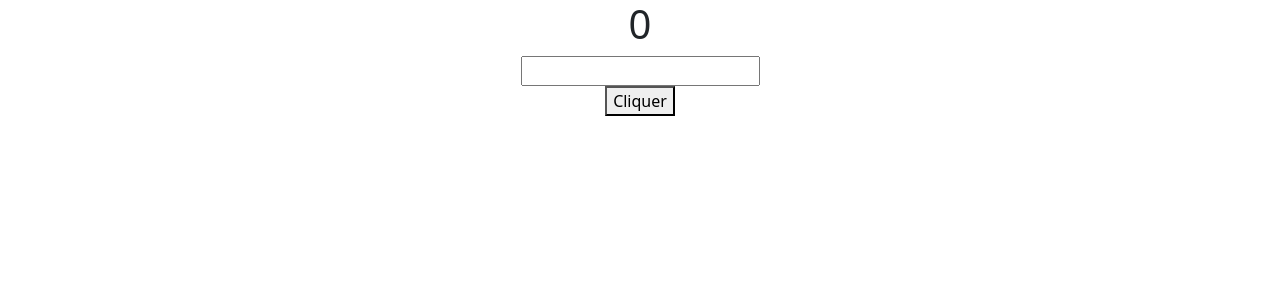
Repository: claudemarjean/React
Page: /
The author's editor kept a copy of each file at every save. The page is drawn from the files as they stood at one save, then again after the next save.
The browser window is 1280 px wide. The pictures show the whole page.
The project was rebuilt for these pictures with package versions that can differ from the ones it lists, and the page was loaded fresh each time.

Above is the page before, as saved 2023-07-08 20:03:25.

### src/index.css
body {
  margin: 0;
  font-family: -apple-system, BlinkMacSystemFont, 'Segoe UI', 'Roboto', 'Oxygen',
    'Ubuntu', 'Cantarell', 'Fira Sans', 'Droid Sans', 'Helvetica Neue',
    sans-serif;
  -webkit-font-smoothing: antialiased;
  -moz-osx-font-smoothing: grayscale;
}

code {
  font-family: source-code-pro, Menlo, Monaco, Consolas, 'Courier New',
    monospace;
}

input:focus{
  background-color: yellow;
}

### src/App.js
import React,{useRef} from "react";
import FancyInput from "./components/FancryInput";
import "./App.css"

function App(){
  const fancyInputRef = useRef();

  const focusInput = ()=>{
     console.log(fancyInputRef.current);
    //  fancyInputRef.current.focus();
  }

  return(
    <div className="App">
      <FancyInput name="toto" ref={fancyInputRef} />
      <button onClick={focusInput}>Cliquer</button>
    </div>
  );
}

export default App;

### src/components/FancryInput.js
import React, {useState} from 'react'

const FancyInput = () =>{
    console.log("propsssssss");
    const[count, setCount] = useState(0);

    return (
        <div>
            <h1>{count}</h1>
            <input type="text" />
        </div>
    )
}

export default FancyInput;

### src/App.css
.App {
  text-align: center;
}

.App-logo {
  height: 40vmin;
  pointer-events: none;
}

@media (prefers-reduced-motion: no-preference) {
  .App-logo {
    animation: App-logo-spin infinite 20s linear;
  }
}

.App-header {
  background-color: #282c34;
  min-height: 100vh;
  display: flex;
  flex-direction: column;
  align-items: center;
  justify-content: center;
  font-size: calc(10px + 2vmin);
  color: white;
}

.App-link {
  color: #61dafb;
}

@keyframes App-logo-spin {
  from {
    transform: rotate(0deg);
  }
  to {
    transform: rotate(360deg);
  }
}

h1{
    color: #282c34;
    margin-bottom: 0;
    margin-top: 80px;
    font-size: 60px;
    line-height: 65px;
    font-weight: 700;
}

.active{
  border-bottom: 4px solid #61DAFB;
}

.navbar{
  padding-bottom: 0;
}

### src/components/FancyInput.js
import React, {useState} from 'react'

const FancyInput = React.forwardRef((props, ref)=>{
    const [count, setCount] = useState();

    return (
        <div>
            <h1>{count}</h1>
            <input type="text" />
        </div>
    )
})

export default FancyInput;

Loaded but not shown: public/index.html (common file); src/index.js (common file); src/reportWebVitals.js (common file)

After the next save:
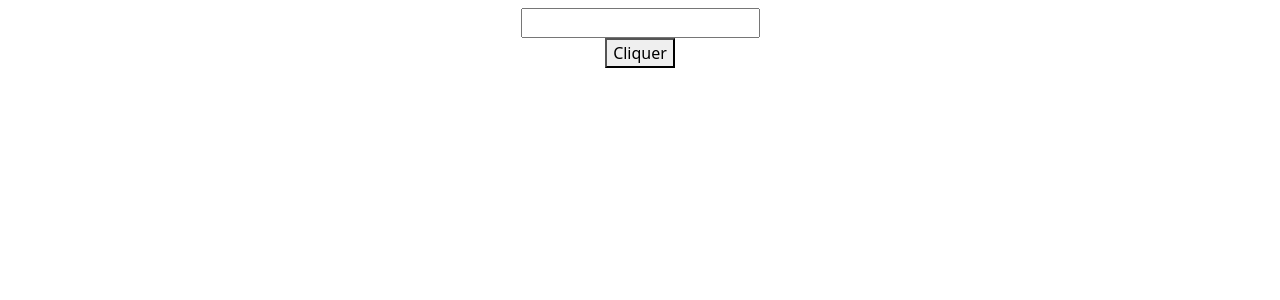
Saved 30 s later.
--- a/src/App.js
+++ b/src/App.js
@@ -1,5 +1,5 @@
 import React,{useRef} from "react";
-import FancyInput from "./components/FancryInput";
+import FancyInput from "./components/FancyInput";
 import "./App.css"
 
 function App(){

After the save that followed:
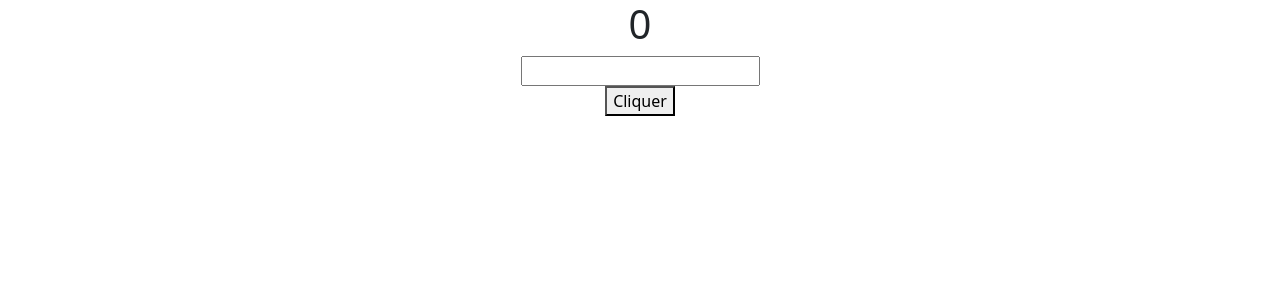
Saved 29 s later.
--- a/src/App.js
+++ b/src/App.js
@@ -1,18 +1,18 @@
 import React,{useRef} from "react";
-import FancyInput from "./components/FancyInput";
+import FancyInput from "./components/FancryInput";
 import "./App.css"
 
 function App(){
   const fancyInputRef = useRef();
 
   const focusInput = ()=>{
-     console.log(fancyInputRef.current);
-    //  fancyInputRef.current.focus();
+    console.log(fancyInputRef.current);
+    // fancyInputRef.current.focus();
   }
 
   return(
     <div className="App">
-      <FancyInput name="toto" ref={fancyInputRef} />
+      <FancyInput ref={fancyInputRef} />
       <button onClick={focusInput}>Cliquer</button>
     </div>
   );
